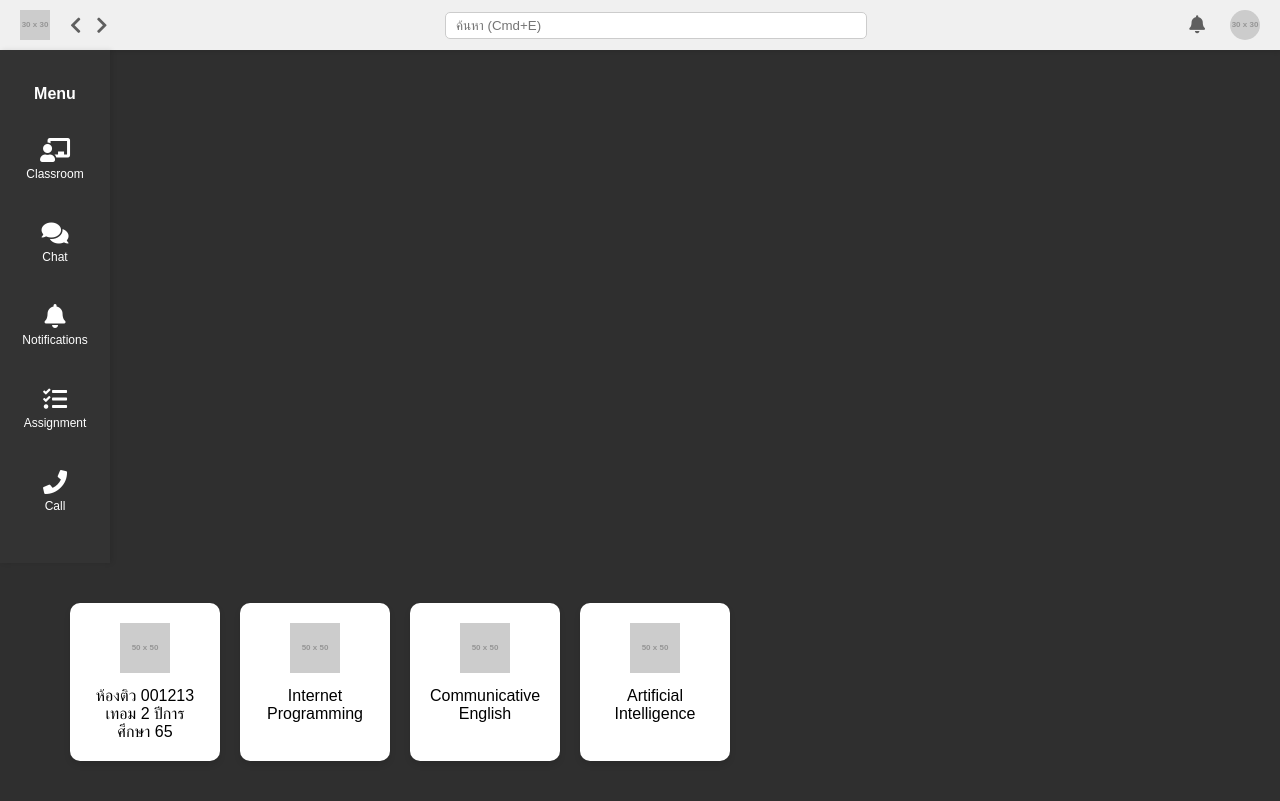
Repository: praifas16/ProPro
Page: docs/studenthead.html
The author's editor kept a copy of each file at every save. The page is drawn from the files as they stood at one save, then again after the next save.
The browser window is 1280 px wide. The pictures show the whole page.

Above is the page before, as saved 2024-08-21 20:30:27.

After the next save:
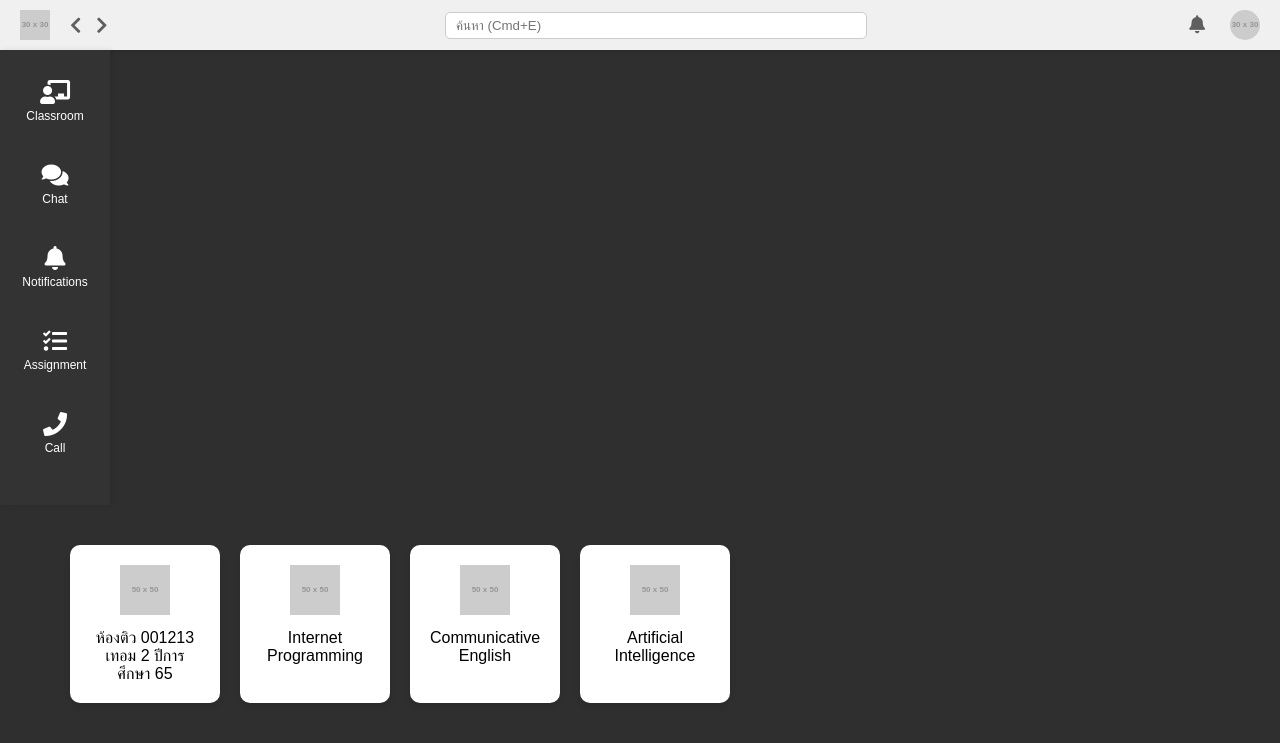
Saved 25 s later.
--- a/docs/studenthead.html
+++ b/docs/studenthead.html
@@ -200,7 +200,6 @@
 
     <!-- เมนูแถบข้าง -->
     <div class="sidebar">
-      <div class="menu-header">Menu</div>
       <div class="menu-items">
         <a href="#"
           ><i class="fa fa-chalkboard-teacher"></i><span>Classroom</span></a
